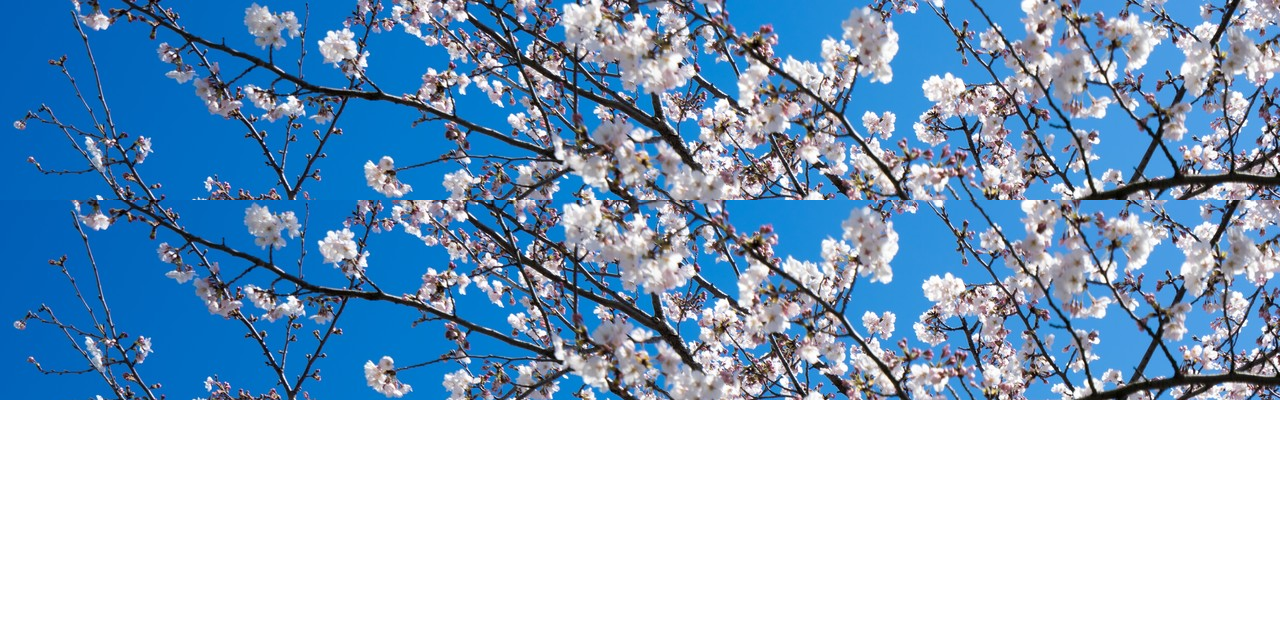
Repository: hayase-m/Webcamp
Page: chapter6/chapter6.html
The author's editor kept a record of every edit. The page is drawn from the files as they stood at one moment, then again after the next edit.
The browser window is 1280 px wide. The pictures show the whole page.

Above is the page before.

### chapter6/chapter6.html
<!DOCTYPE html>
<html lang="en">
<head>
  <meta charset="UTF-8">
  <link rel="stylesheet" href="style.css" type="text/css" />
  <title>Chapter6</title>
</head>
<body>
  <div class="image1"></div>
  <div class="image2"></div>
  <div class="image3"></div>
  <div class="image4"></div>
</body>
</html>

### chapter6/style.css
* {
  margin: 0;
  padding: 0;
  box-sizing: border-box;
}

.image1 {
  width: 100%;
  height: 200px;
  background-image: url(img/box1.jpg)
}

.image2 {
  width: 100%;
  height: 200px;
  background-image: url(img/box1.jpg)
}

.image1 {
  width: 100%;
  height: 200px;
  background-image: url(img/box1.jpg)
}

.image1 {
  width: 100%;
  height: 200px;
  background-image: url(img/box1.jpg)
}

After the next edit:
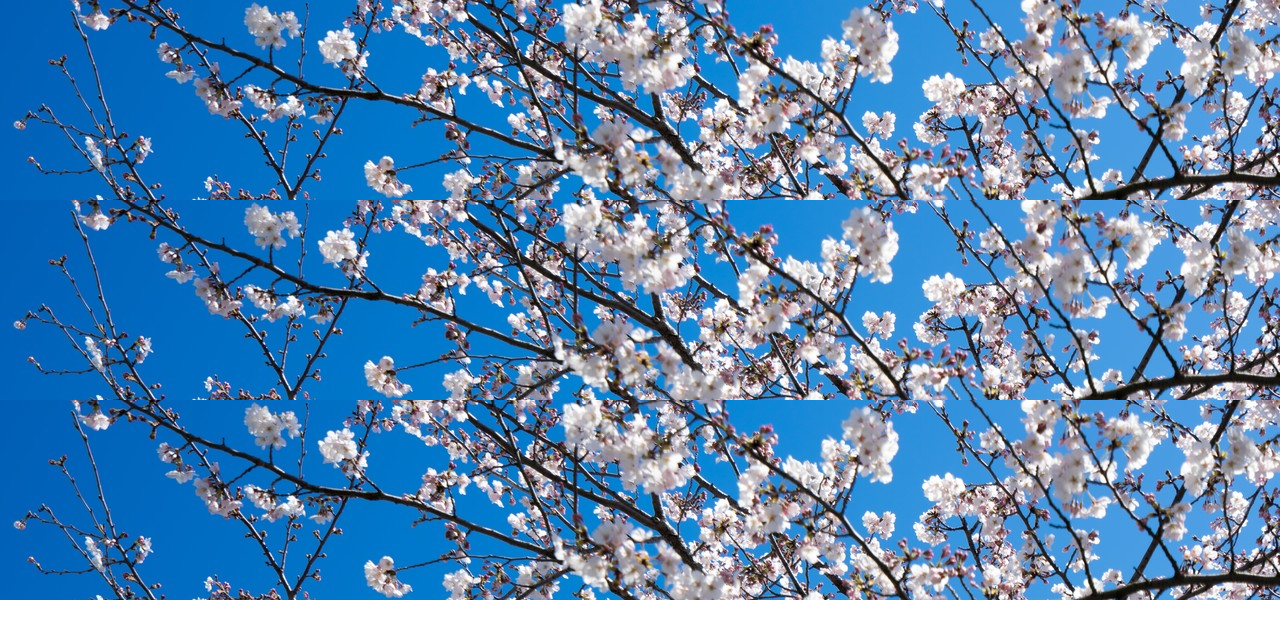
The edit:
--- a/chapter6/style.css
+++ b/chapter6/style.css
@@ -16,7 +16,7 @@
   background-image: url(img/box1.jpg)
 }
 
-.image1 {
+.image3 {
   width: 100%;
   height: 200px;
   background-image: url(img/box1.jpg)
